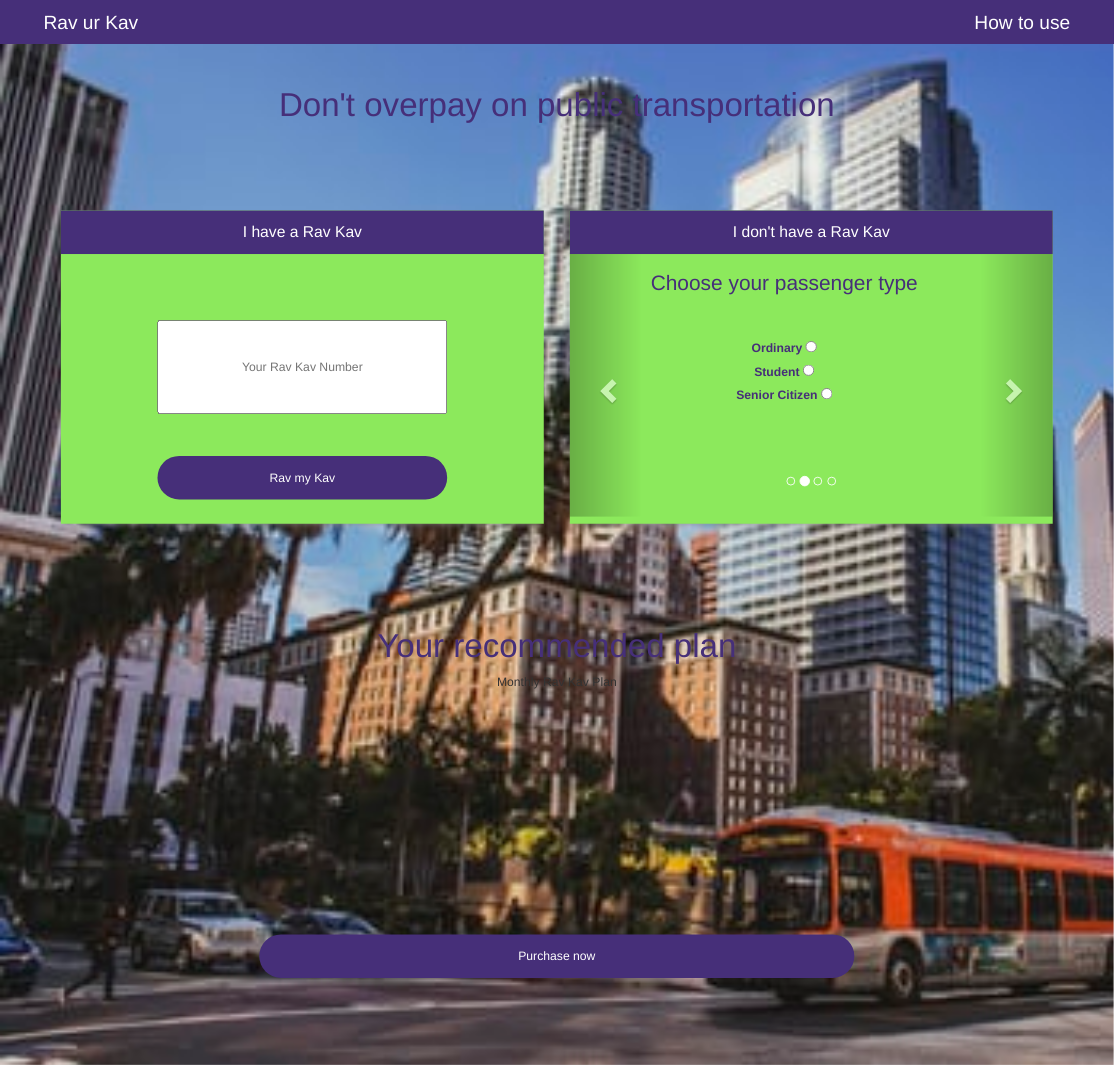
Repository: Louhla/Rav-ur-Kav
Page: index.html
These files come from the project's save history. The page is drawn as it stood at one moment and after the next save; the edit follows.
The browser window is 1280 px wide. The pictures show the whole page, at 87% of full size.

Above is the page before, as saved 2019-07-18 13:11:13.
Console error: SyntaxError: Unexpected token ')'

After the next save:
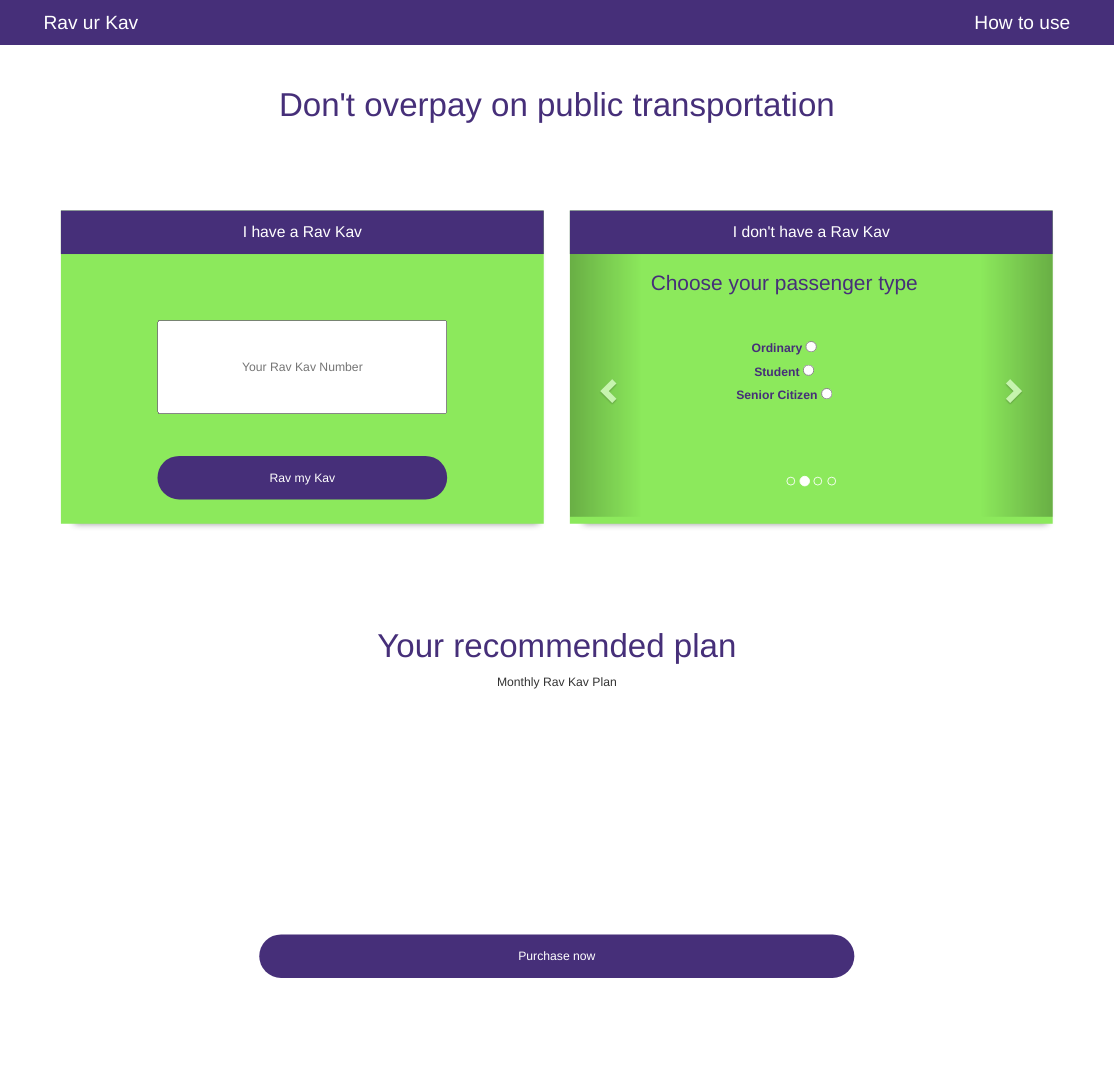
Saved 18 s later.
--- a/css/rav-ur-kav.css
+++ b/css/rav-ur-kav.css
@@ -1,8 +1,6 @@
 body {
     margin: 0px;
     padding: 0px;
-    background-image: url(../img/tropical-city-bus.jpg);
-    background-size: cover;
 
     /* background-image: url(../IMG/bus.jpg); */
 }
